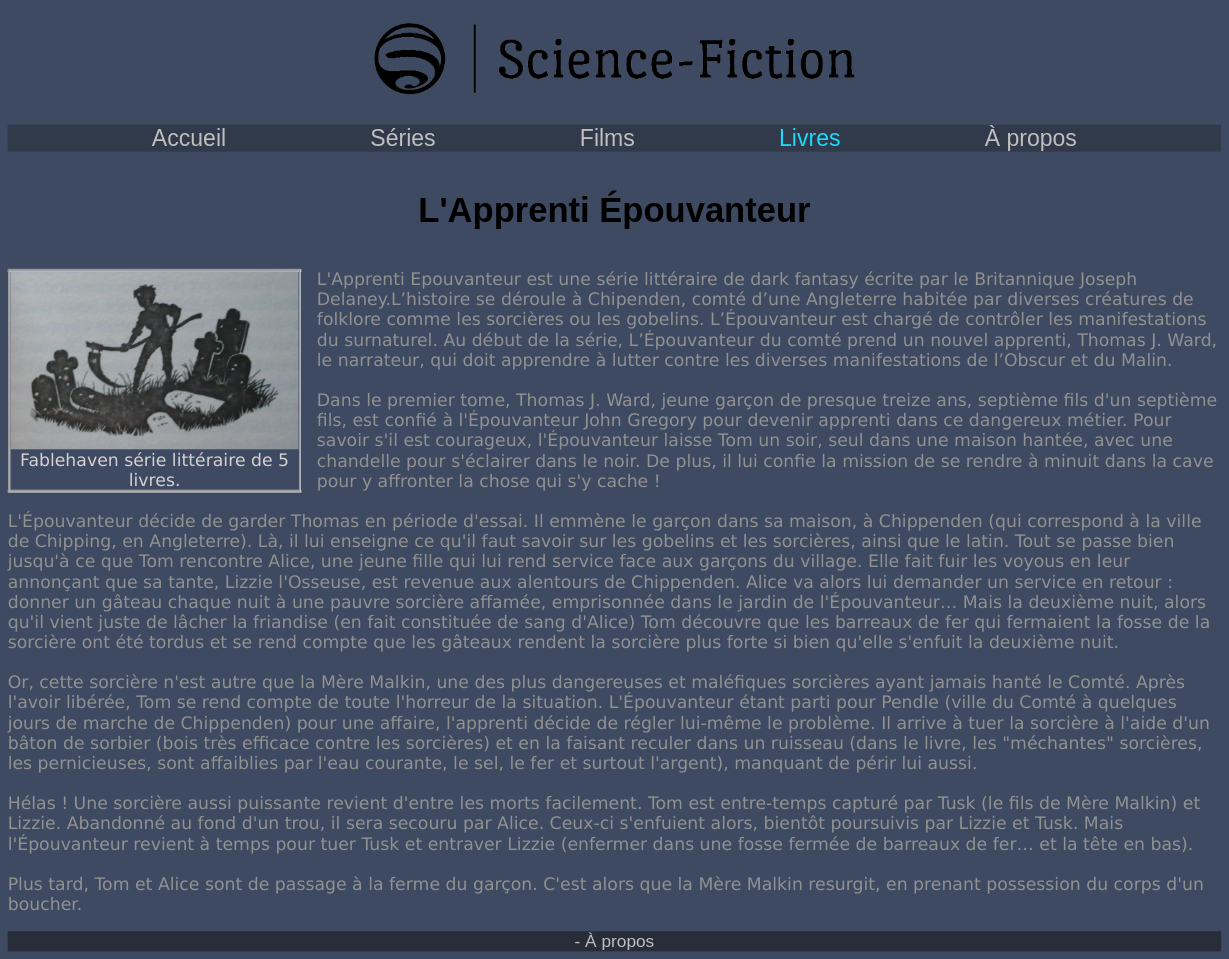
Repository: Emalios/Projet-Web
Page: html/livres/l-apprenti-epouvanteur.html
These files come from the project's save history. The page is drawn as it stood at one moment and after the next save; the edit follows.
The browser window is 1280 px wide. The pictures show the whole page, at 96% of full size.

Above is the page before, as saved 2020-11-11 20:54:00.

### html/livres/l-apprenti-epouvanteur.html
<!DOCTYPE html>
<html lang="fr" dir="ltr">

<head>
  <meta charset="utf-8">
  <meta name="viewport" content="width=device-width, initial-scale=1.0">
  <title>L'Apprenti Épouvanteur</title>
  <link rel="icon" href="../../images/small_icon.png" type="image/png">
  <link rel="stylesheet" href="../../css/common.css">
  <link rel="stylesheet" href="../../css/description.css">
</head>

<body>
  <header>
    <img id="logo" src="../../images/logo_large.png" alt="logo de Science-fiction">

    <nav class="navbar">
      <a href="../../index.html" class="nav-link">Accueil</a>
      <a href="../series.html" class="nav-link">Séries</a>
      <a href="../films.html" class="nav-link">Films</a>
      <a href="../livres.html" id="active" class="nav-link">Livres</a>
      <a href="../a-propos.html" class="nav-link">À propos</a>
    </nav>
  </header>
  <h1 id="title">L'Apprenti Épouvanteur</h1>
  <figure class="figure_descriptive">
    <img class="image_descriptive" alt="Kendra et Seth, s'enfonçant dans la forêt enchanté" src="../../images/page-livre/l-apprenti-epouvanteur-scene.jpg" />
    <figcaption class="description">Fablehaven série littéraire de 5 livres.</figcaption>
  </figure>
  <main>
    <p class="resume">L'Apprenti Epouvanteur est une série littéraire de dark fantasy écrite par le Britannique Joseph Delaney.L’histoire se déroule à Chipenden, comté d’une Angleterre habitée par diverses créatures de folklore comme les sorcières ou
      les gobelins. L’Épouvanteur est chargé de contrôler les manifestations du surnaturel. Au début de la série, L’Épouvanteur du comté prend un nouvel apprenti, Thomas J. Ward, le narrateur, qui doit apprendre à lutter contre les diverses
      manifestations de l’Obscur et du Malin.</br></br>

      Dans le premier tome, Thomas J. Ward, jeune garçon de presque treize ans, septième fils d'un septième fils, est confié à l'Épouvanteur John Gregory pour devenir apprenti dans ce dangereux métier. Pour savoir s'il est courageux, l'Épouvanteur
      laisse Tom un soir, seul dans une maison hantée, avec une chandelle pour s'éclairer dans le noir. De plus, il lui confie la mission de se rendre à minuit dans la cave pour y affronter la chose qui s'y cache !</br></br>

      L'Épouvanteur décide de garder Thomas en période d'essai. Il emmène le garçon dans sa maison, à Chippenden (qui correspond à la ville de Chipping, en Angleterre). Là, il lui enseigne ce qu'il faut savoir sur les gobelins et les sorcières, ainsi
      que le latin. Tout se passe bien jusqu'à ce que Tom rencontre Alice, une jeune fille qui lui rend service face aux garçons du village. Elle fait fuir les voyous en leur annonçant que sa tante, Lizzie l'Osseuse, est revenue aux alentours de
      Chippenden. Alice va alors lui demander un service en retour : donner un gâteau chaque nuit à une pauvre sorcière affamée, emprisonnée dans le jardin de l'Épouvanteur… Mais la deuxième nuit, alors qu'il vient juste de lâcher la friandise (en
      fait constituée de sang d'Alice) Tom découvre que les barreaux de fer qui fermaient la fosse de la sorcière ont été tordus et se rend compte que les gâteaux rendent la sorcière plus forte si bien qu'elle s'enfuit la deuxième nuit.</br></br>

      Or, cette sorcière n'est autre que la Mère Malkin, une des plus dangereuses et maléfiques sorcières ayant jamais hanté le Comté. Après l'avoir libérée, Tom se rend compte de toute l'horreur de la situation. L'Épouvanteur étant parti pour Pendle
      (ville du Comté à quelques jours de marche de Chippenden) pour une affaire, l'apprenti décide de régler lui-même le problème. Il arrive à tuer la sorcière à l'aide d'un bâton de sorbier (bois très efficace contre les sorcières) et en la faisant
      reculer dans un ruisseau (dans le livre, les "méchantes" sorcières, les pernicieuses, sont affaiblies par l'eau courante, le sel, le fer et surtout l'argent), manquant de périr lui aussi.</br></br>

      Hélas ! Une sorcière aussi puissante revient d'entre les morts facilement. Tom est entre-temps capturé par Tusk (le fils de Mère Malkin) et Lizzie. Abandonné au fond d'un trou, il sera secouru par Alice. Ceux-ci s'enfuient alors, bientôt
      poursuivis par Lizzie et Tusk. Mais l'Épouvanteur revient à temps pour tuer Tusk et entraver Lizzie (enfermer dans une fosse fermée de barreaux de fer… et la tête en bas).</br></br>

      Plus tard, Tom et Alice sont de passage à la ferme du garçon. C'est alors que la Mère Malkin resurgit, en prenant possession du corps d'un boucher.

    </p>
  </main>
  <footer><a href="../a-propos.html" class="footer-link">- À propos</a></footer>
</body>


</html>

### css/common.css
body {
  background-color: #3e4a61;
  font-size: 18px;
  font-family: "Source Sans Pro", sans-serif;
}

#logo {
  display: block;
  margin-left: auto;
  margin-right: auto;
  padding-top: 1rem;
  padding-bottom: 2rem;
  max-width: 500px;
}

ul {
  list-style: none outside none;
}

.navbar {
  font-size: 24px;
  display: flex;
  flex-wrap: wrap;
  justify-content: space-evenly;
  padding: 0;
  background-color: #313a4b;
}

.nav-link, .footer-link {
  text-decoration: none;
  color: #c0bebe;
}

.nav-link:hover {
  color: #19dafa;
}

#active {
  color: #19dafa !important;
}

#title {
  text-align: center;
  padding: 1rem;
}

footer {
  background-color: #272e3a;
  text-align: center;
}

@media all and (max-width: 700px) {
  #logo {
    display: block;
    margin-left: auto;
    margin-right: auto;
    padding-top: 1em;
    width: 85%;
    max-width: 500px;
  }

}

### css/description.css
.resume, .description {
  color: #919191;
  font-family: Verdana, sans-serif;
}

.description {
    color: #d6d0d0;
}

.figure_descriptive {
    margin: 0;
    margin-right: 1rem;
    width: min-content;
    display: flex;
    flex-direction: column;
    float: left;
    text-align: center;
    border-style: groove;
}

.description {
  margin: 0;
  width: 100%;
  text-align: center;
}

.image_descriptive {
  float: left;
  width: 100%;
  min-width: 300px;
}

After the next save:
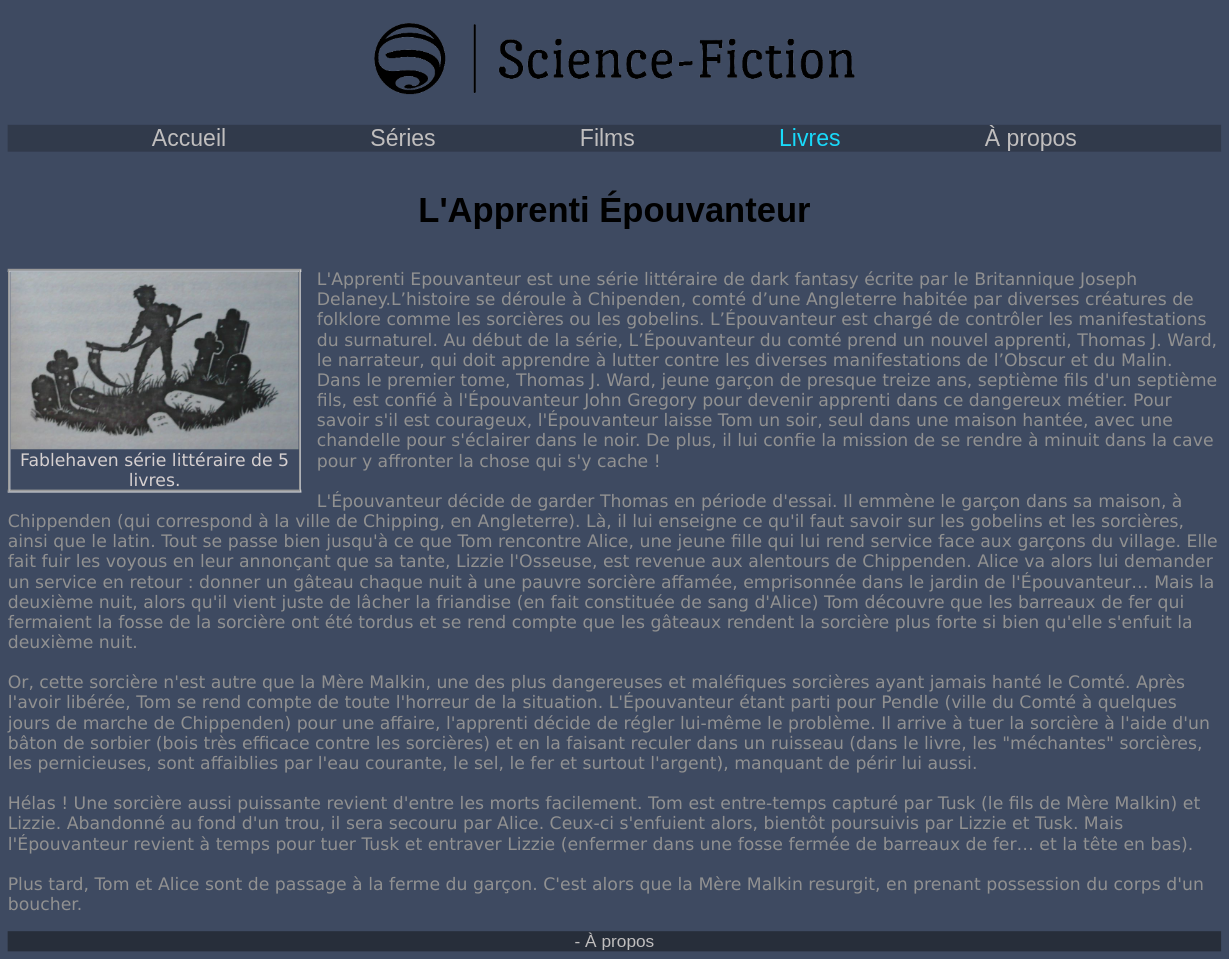
Saved 5 s later.
--- a/html/livres/l-apprenti-epouvanteur.html
+++ b/html/livres/l-apprenti-epouvanteur.html
@@ -30,7 +30,7 @@
   <main>
     <p class="resume">L'Apprenti Epouvanteur est une série littéraire de dark fantasy écrite par le Britannique Joseph Delaney.L’histoire se déroule à Chipenden, comté d’une Angleterre habitée par diverses créatures de folklore comme les sorcières ou
       les gobelins. L’Épouvanteur est chargé de contrôler les manifestations du surnaturel. Au début de la série, L’Épouvanteur du comté prend un nouvel apprenti, Thomas J. Ward, le narrateur, qui doit apprendre à lutter contre les diverses
-      manifestations de l’Obscur et du Malin.</br></br>
+      manifestations de l’Obscur et du Malin.<br>
 
       Dans le premier tome, Thomas J. Ward, jeune garçon de presque treize ans, septième fils d'un septième fils, est confié à l'Épouvanteur John Gregory pour devenir apprenti dans ce dangereux métier. Pour savoir s'il est courageux, l'Épouvanteur
       laisse Tom un soir, seul dans une maison hantée, avec une chandelle pour s'éclairer dans le noir. De plus, il lui confie la mission de se rendre à minuit dans la cave pour y affronter la chose qui s'y cache !</br></br>
